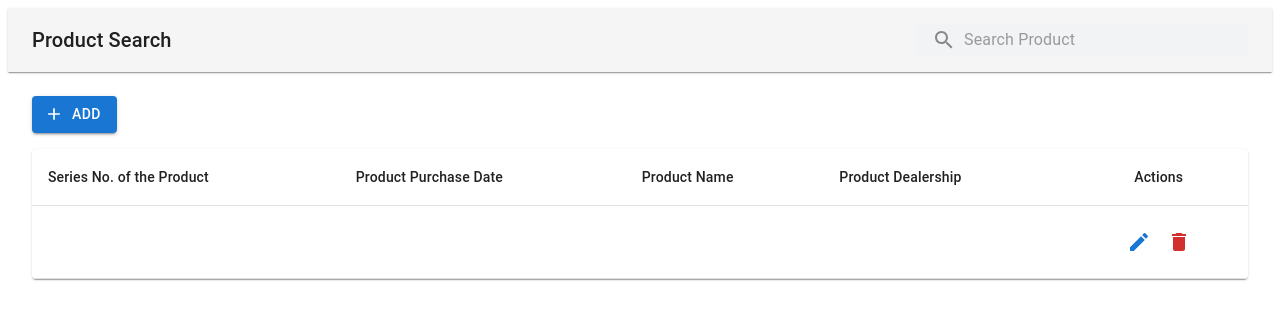
Repository: Sharathguru/Product_Task
Page: / (app in Frontend/)
These files come from the project's save history. The page is drawn as it stood at one moment and after a run of saves; the edit follows.
The browser window is 1280 px wide. The pictures show the whole page.
The project was rebuilt for these pictures with package versions that can differ from the ones it lists, and the page was loaded fresh each time. Requests to the local data server were answered from the project's data file. Also part of the build but not shown: Frontend/vite.config.js, Frontend/src/index.css, Frontend/src/Pages/Insert.jsx, Frontend/src/Pages/Update.jsx, Frontend/src/Pages/Delete.jsx.

Above is the page before, as saved 2025-06-13 15:01:34.

After the next 2 saves:
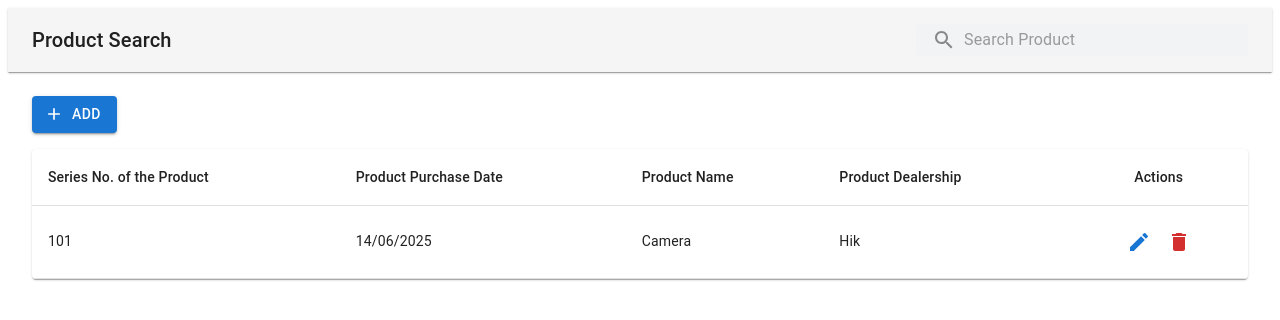
The 2 saves are shown as one change because they came seconds apart.
The last was saved 112 s later.
--- a/Frontend/backend/db.json
+++ b/Frontend/backend/db.json
@@ -1,5 +1,12 @@
 {
-    "user":[{
+  "user": [
 
-    }]
+    {
+      "id": "2793",
+      "Series_No": "101",
+      "Product_Purchase_Date": "2025-06-14",
+      "Product_Name": "Camera",
+      "Product_Dealership": "Hik"
+    }
+  ]
 }
